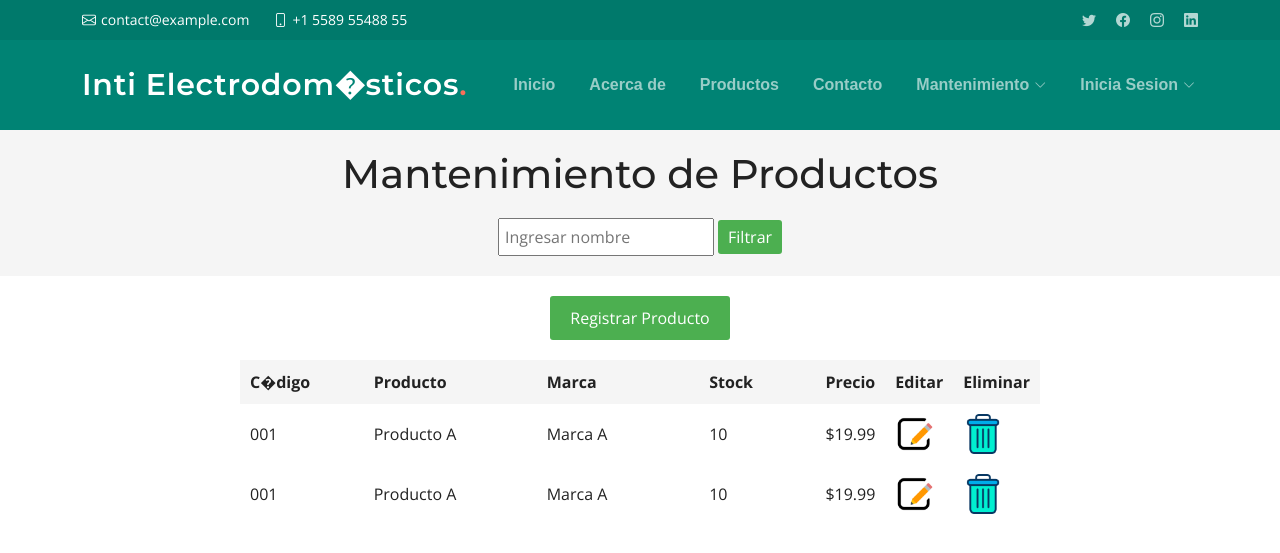
Repository: JReynaldoDelRio/DAWI---IntiElectrdomesticos
Page: http://localhost/mantenimientoProducto
The author's editor kept a copy of each file at every save. The page is drawn from the files as they stood at one save, then again after the next save.
The browser window is 1280 px wide. The pictures show the whole page.
Some web fonts or font styles are not loaded; a fallback is used. The page is this project's Thymeleaf template; nobody is signed in. The template is opened directly, without the code that normally fills it, so the values that code supplies are empty.

Above is the page before, as saved 2023-06-07 07:42:37.

### IntiElectrodomesticos/src/main/resources/templates/mantenimientoProducto.html
<!DOCTYPE html>
<html>
<head>
<meta charset="ISO-8859-1">
  <meta charset="utf-8">
  <meta content="width=device-width, initial-scale=1.0" name="viewport">

<link rel="stylesheet" href="css/producto.css">

  <link href="assets/img/favicon.png" rel="icon">
  <link href="assets/img/apple-touch-icon.png" rel="apple-touch-icon">

  <link rel="preconnect" href="https://fonts.googleapis.com">
  <link rel="preconnect" href="https://fonts.gstatic.com" crossorigin>
  <link href="https://fonts.googleapis.com/css2?family=Open+Sans:ital,wght@0,300;0,400;0,500;0,600;0,700;1,300;1,400;1,600;1,700&family=Montserrat:ital,wght@0,300;0,400;0,500;0,600;0,700;1,300;1,400;1,500;1,600;1,700&family=Raleway:ital,wght@0,300;0,400;0,500;0,600;0,700;1,300;1,400;1,500;1,600;1,700&display=swap" rel="stylesheet">

  <link href="assets/vendor/bootstrap/css/bootstrap.min.css" rel="stylesheet">
  <link href="assets/vendor/bootstrap-icons/bootstrap-icons.css" rel="stylesheet">
  <link href="assets/vendor/aos/aos.css" rel="stylesheet">
  <link href="assets/vendor/glightbox/css/glightbox.min.css" rel="stylesheet">
  <link href="assets/vendor/swiper/swiper-bundle.min.css" rel="stylesheet">


  <link href="assets/css/main.css" rel="stylesheet">

<title>Mantenimiento Producto</title>
</head>
<body>
<section id="topbar" class="topbar d-flex align-items-center">
    <div class="container d-flex justify-content-center justify-content-md-between">
      <div class="contact-info d-flex align-items-center">
        <i class="bi bi-envelope d-flex align-items-center"><a href="mailto:contact@example.com">contact@example.com</a></i>
        <i class="bi bi-phone d-flex align-items-center ms-4"><span>+1 5589 55488 55</span></i>
      </div>
      <div class="social-links d-none d-md-flex align-items-center">
        <a href="#" class="twitter"><i class="bi bi-twitter"></i></a>
        <a href="#" class="facebook"><i class="bi bi-facebook"></i></a>
        <a href="#" class="instagram"><i class="bi bi-instagram"></i></a>
        <a href="#" class="linkedin"><i class="bi bi-linkedin"></i></i></a>
      </div>
    </div>
  </section>

  <header id="header" class="header d-flex align-items-center">

    <div class="container-fluid container-xl d-flex align-items-center justify-content-between">
      <a href="index.html" class="logo d-flex align-items-center">

        <!-- <img src="assets/img/logo.png" alt=""> -->
        <h1>Inti Electrodomésticos<span>.</span></h1>
      </a>
      <nav id="navbar" class="navbar">
        <ul>
          <li><a href="/inicio">Inicio</a></li>
          <li><a href="#about">Acerca de </a></li>

          <li><a href="#portfolio">Productos</a></li>



          <li><a href="#contact">Contacto</a></li>
          <li class="dropdown"><a href="#"><span>Mantenimiento</span> <i class="bi bi-chevron-down dropdown-indicator"></i></a>
            <ul>

              <li class="dropdown"><a href="/mantenimientoProducto"><span>Productos</span> <i class="bi bi-chevron-down dropdown-indicator"></i></a>
              </li>
              <li class="dropdown"><a href="#"><span>Cliente</span> <i class="bi bi-chevron-down dropdown-indicator"></i></a>
                <ul>
                  <li><a href="#">Listar</a></li>
                  <li><a href="#">Agregar</a></li>
                  <li><a href="#">Eliminar</a></li>
                  <li><a href="#">Actualizar</a></li>
                </ul>
              </li>
              <li class="dropdown"><a href="#"><span>Proveedor</span> <i class="bi bi-chevron-down dropdown-indicator"></i></a>
                <ul>
                  <li><a href="#">Listar</a></li>
                  <li><a href="#">Agregar</a></li>
                  <li><a href="#">Eliminar</a></li>
                  <li><a href="#">Actualizar</a></li>
                </ul>
              </li>
              <li class="dropdown"><a href="#"><span>Factura</span> <i class="bi bi-chevron-down dropdown-indicator"></i></a>
                <ul>
                  <li><a href="#">Listar</a></li>
                  <li><a href="#">Agregar</a></li>
                  <li><a href="#">Eliminar</a></li>
                  <li><a href="#">Actualizar</a></li>
                </ul>
              </li>


            </ul>
          </li>
          <li class="dropdown"><a href="#"><span>Inicia Sesion</span> <i class="bi bi-chevron-down dropdown-indicator"></i></a>
            <ul>

              <li class="dropdown"><a href="#"><span>Ingresar</span> </a>

              </li>
              <li class="dropdown"><a href="#"><span>Registrar</span> </a>

              </li>

            </ul>
          </li>

        </ul>
      </nav>

      <i class="mobile-nav-toggle mobile-nav-show bi bi-list"></i>
      <i class="mobile-nav-toggle mobile-nav-hide d-none bi bi-x"></i>

    </div>
  </header>
 <header>
        <h1>Mantenimiento de Productos</h1>
        <div class="filter-form">
          <input type="text" placeholder="Ingresar nombre">
          <button>Filtrar</button>
        </div>
      </header>
      <main>
        <button class="register-button" onclick="openDialog()">Registrar Producto</button>
        <table>
          <thead>
            <tr>
              <th>Código</th>
              <th>Producto</th>
              <th>Marca</th>
              <th>Stock</th>
              <th>Precio</th>
              <th>Editar</th>
              <th>Eliminar</th>
            </tr>
          </thead>
          <tbody>
            <tr>
              <td>001</td>
              <td>Producto A</td>
              <td>Marca A</td>
              <td>10</td>
              <td>$19.99</td>
              <td><img src="img/editar.png" alt="Editar"></td>
              <td><img src="img/eliminar.png" alt="Editar"></td>
            </tr>
            <!-- Más filas de la tabla aquí -->
            <tr>
                <td>001</td>
                <td>Producto A</td>
                <td>Marca A</td>
                <td>10</td>
                <td>$19.99</td>
                <td><img src="img/editar.png" alt="Editar"></td>
                <td><img src="img/eliminar.png" alt="Editar"></td>
              </tr>
          </tbody>
        </table>
      </main>

    <dialog id="register-dialog" >
        <h2>Registro de Producto</h2>
        <form>
          <label for="name">Nombre:</label>
          <select id="name">
            <option value="producto1">Producto 1</option>
            <option value="producto2">Producto 2</option>
            <option value="producto3">Producto 3</option>
          </select>

          <label for="brand">Marca:</label>
          <select id="brand">
            <option value="marca1">Marca 1</option>
            <option value="marca2">Marca 2</option>
            <option value="marca3">Marca 3</option>
          </select>

          <label for="stock">Stock:</label>
          <input type="number" id="stock">

          <label for="price">Precio:</label>
          <input type="number" step="0.01" id="price">

          <button type="button" onclick="registerProduct()">Registrar</button>
          <button type="button" onclick="closeDialog()">Cancelar</button>
        </form>
      </dialog>
      <script src="js/producto.js"></script>
</body>
</html>

### IntiElectrodomesticos/src/main/resources/static/css/producto.css
@charset "ISO-8859-1";

body {
    font-family: Arial, sans-serif;
    margin: 0;
    padding: 0;
  }

  header {
    background-color: #f5f5f5;
    padding: 20px;
  }

  h1 {
    text-align: center;
    margin-top: 0;
  }

  .filter-form {
    text-align: center;
    margin-top: 20px;
  }

  .filter-form input[type="text"] {
    padding: 5px;
  }

  .filter-form button {
    padding: 5px 10px;
    background-color: #4CAF50;
    color: white;
    border: none;
    border-radius: 3px;
    cursor: pointer;
  }

  main {
    padding: 20px;
    display: flex;
    flex-direction: column;
    align-items: center;
  }

  .register-button {
    padding: 10px 20px;
    background-color: #4CAF50;
    color: white;
    border: none;
    border-radius: 3px;
    cursor: pointer;
    margin-bottom: 20px;
  }

  table {
    margin: 0 auto; /* Centrar la tabla horizontalmente */
    max-width: 800px; /* Ancho máximo de la tabla */
  }

  th, td {
    padding: 10px;
    text-align: left;
    border-bottom: 1px solid #ddd;
  }

  th {
    background-color: #f5f5f5;
  }

  tbody tr:hover {
    background-color: #f9f9f9;
  }


  th:nth-child(1),
  td:nth-child(1) {
    width: auto; /* Tamaño de la primera columna */
    width: 20%;
  }

  th:nth-child(2),
  td:nth-child(2) {
    width: auto; /* Tamaño de la segunda columna */
    width: 30%;
  }

  th:nth-child(3),
  td:nth-child(3) {
    width: auto; /* Tamaño de la tercera columna */
    width: 30%;
  }

  th:nth-child(4),
  td:nth-child(4) {
    width: auto; /* Tamaño de la cuarta columna */
    width: 60%;
  }

  th:nth-child(5),
  td:nth-child(5) {
    width: auto; /* Tamaño de la quinta columna */
    width: 210%;
  }

  th:nth-child(6),
  td:nth-child(6),
  img:nth-child(6) {
    width: auto; /* Tamaño de la quinta columna */
    width: 320%;
  }

  th:nth-child(7),
  td:nth-child(7) {
    width: auto; /* Tamaño de la quinta columna */
    width: 30%;
  }
  img{
    width: 40px;
    height: 40px;
  }

dialog {
  border: none;
  padding: 20px;
  width: 400px;
  background-color: #f5f5f5;
  position: fixed;
  top: 50%;
  left: 30%;
  transform: translate(-50%, -50%);
}

dialog h2 {
    margin-top: 0;
    font-size: 24px;
    color: #4CAF50;
    border-bottom: 2px solid #4CAF50;
    text-align: center;
    padding-bottom: 10px;
}

dialog form {
  display: flex;
  flex-direction: column;
}

dialog label {
  margin-bottom: 5px;
}

dialog input, dialog select {
  margin-bottom: 10px;
  padding: 5px;
}

dialog button {
  padding: 5px 10px;
  background-color: #4CAF50;
  color: white;
  border: none;
  border-radius: 3px;
  cursor: pointer;
  margin-top: 10px;
}

Loaded but not shown: IntiElectrodomesticos/src/main/resources/static/js/producto.js (20 lines, source omitted); IntiElectrodomesticos/src/main/resources/static/assets/css/main.css (2669 lines, source omitted)

After the next save:
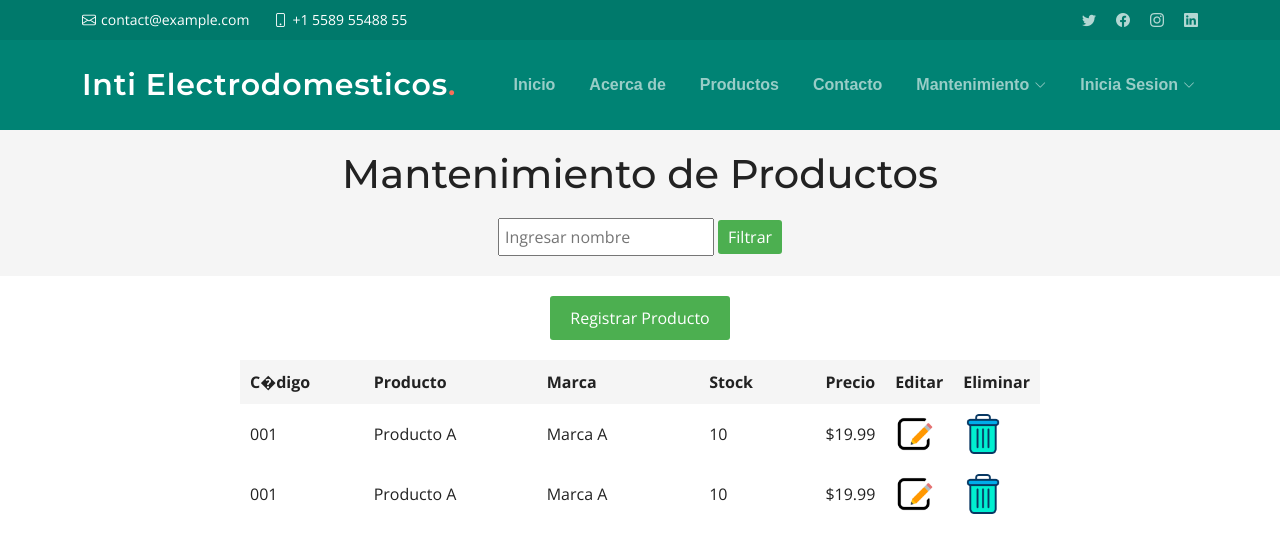
Saved 30 s later.
--- a/IntiElectrodomesticos/src/main/resources/templates/mantenimientoProducto.html
+++ b/IntiElectrodomesticos/src/main/resources/templates/mantenimientoProducto.html
@@ -26,6 +26,7 @@
 <title>Mantenimiento Producto</title>
 </head>
 <body>
+
 <section id="topbar" class="topbar d-flex align-items-center">
     <div class="container d-flex justify-content-center justify-content-md-between">
       <div class="contact-info d-flex align-items-center">
@@ -47,7 +48,7 @@
       <a href="index.html" class="logo d-flex align-items-center">
 
         <!-- <img src="assets/img/logo.png" alt=""> -->
-        <h1>Inti Electrodomésticos<span>.</span></h1>
+        <h1>Inti Electrodomesticos<span>.</span></h1>
       </a>
       <nav id="navbar" class="navbar">
         <ul>
